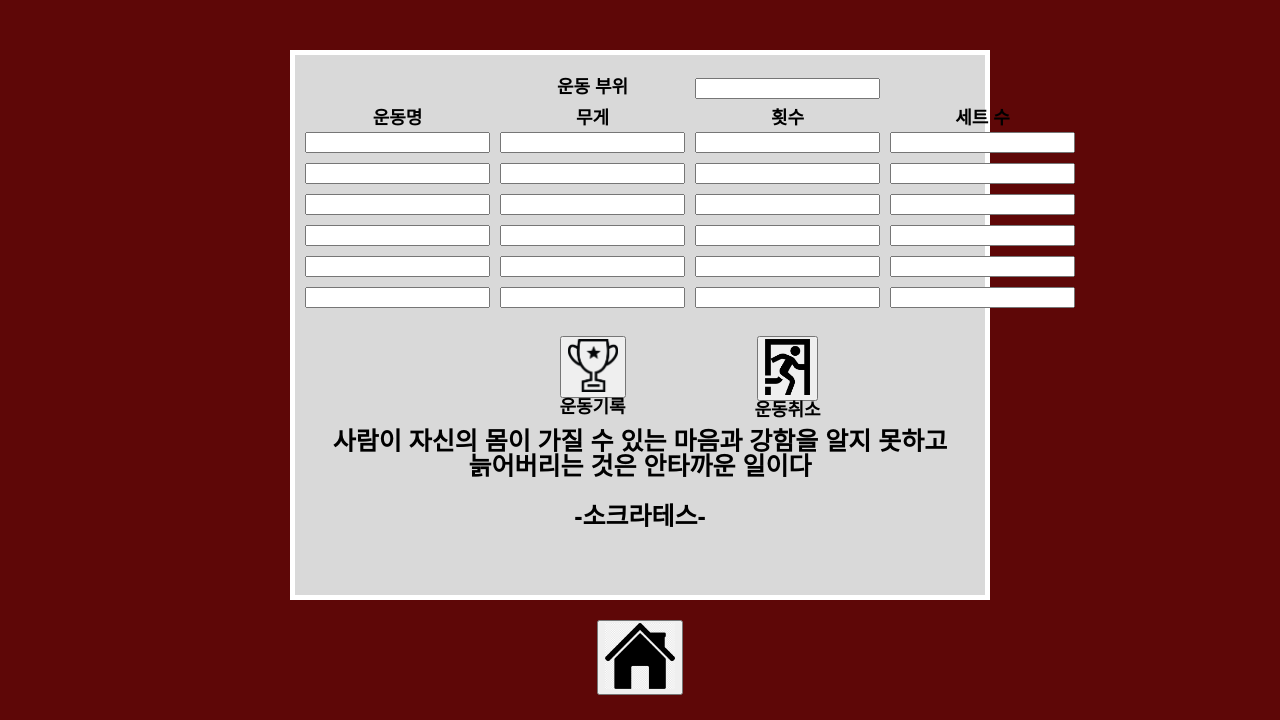
Repository: Up-Min/hrdkorea
Page: http://localhost/jsp_workout/wk_insert.jsp
These files come from the project's save history. The page is drawn as it stood at one moment and after the next save; the edit follows.
The browser window is 1280 px wide. The pictures show the whole page.
The page is served by Tomcat 9. Other server files are loaded and not shown. The template is opened directly, without the code that normally fills it, so the values that code supplies are empty.

Above is the page before, as saved 2022-12-31 06:55:53.
Console error (its wording comes from the project's code and is left out).

### jsp_workout/src/main/webapp/wk_insert.jsp
<%@ page language="java" contentType="text/html; charset=UTF-8"
	pageEncoding="UTF-8"%>
<%@ taglib prefix="c" uri="http://java.sun.com/jsp/jstl/core"%>
<!DOCTYPE html>
<html>
<head>
<meta charset="UTF-8">
<title>Insert title here</title>
<link rel="stylesheet" href="./css/style.css" />
</head>
<style>
.top {
 text-align: center;
}
.workout {
	width: 700px;
	height : 550px;
	text-align: center;
	color: black;
	border: 5px solid white;
	margin: 0 auto;
	margin-top: 50px;
	font-size: 18px;
	background-color: #D9D9D9;
}

.title{
	margin: 3px;
	font-size: 20px;
}

.wk_insert{

}

.day{
	margin: 0 auto;
	text-align: center;
	padding: 5px;
	display: grid;
}

.good{
	font-size: 25px;
	line-height: 25px;
}

.content{
width : 900px;
margin: 0 auto;
}

.btn_tohome{
 text-align: center;
}

.tohome{
	margin: 0 auto;
	margin-top: 20px;
}

.last_btn{
 margin: 0 auto;
 text-align: center;
}

hr{
 border : 0px;
}

li:hover {
	cursor: pointer;
}

td{
	padding: 5px;
}

img:hover {
	cursor: pointer;
}
</style>
<body style = " background-color: #5E0707;">
	<%
	String num = request.getParameter("num");
	%>

	<div class = "content">


	<div class="workout">
		<form class = "wk_insert" name="wk_insert" action="insert">
		<input type="hidden" name="user_id" value="${id}">
		<input type="hidden" name="num" value="${num}">
		<input type="hidden" name="user_pwd" value="${pwd}">
			<div class="day">
				<table>
					<tr>
						<th> </th>
						<th> <br>  </th>
					</tr>
					<tr class = "part">
						<th> </th>
						<th>운동 부위 </th>
						<th>
						<input type="text" name="wk_part" maxlength="20">
						</th>
					</tr>
					<tr>
						<td></td>
					</tr>
					<tr>
						<th>운동명</th>
						<th>무게</th>
						<th>횟수</th>
						<th>세트 수</th>
					</tr>
					<tr>
						<td><input type="text" name="ex_name" maxlength="40"></td>
						<td><input type="text" name="ex_weight" maxlength="20"></td>
						<td><input type="text" name="ex_reps" maxlength="20"></td>
						<td><input type="text" name="ex_sets" maxlength="20"></td>
					</tr>
					<tr>
						<td><input type="text" name="ex_name" maxlength="40"></td>
						<td><input type="text" name="ex_weight" maxlength="20"></td>
						<td><input type="text"  name="ex_reps" maxlength="20"></td>
						<td><input type="text"  name="ex_sets" maxlength="20"></td>
					</tr>
					<tr>
						<td><input type="text" name="ex_name" maxlength="40"></td>
						<td><input type="text" name="ex_weight" maxlength="20"></td>
						<td><input type="text" name="ex_reps" maxlength="20"></td>
						<td><input type="text" name="ex_sets" maxlength="20"></td>
					</tr>
					<tr>
						<td><input type="text" name="ex_name" maxlength="40"></td>
						<td><input type="text" name="ex_weight" maxlength="20"></td>
						<td><input type="text" name="ex_reps" maxlength="20"></td>
						<td><input type="text" name="ex_sets" maxlength="20"></td>
					</tr>
					<tr>
						<td><input type="text" name="ex_name" maxlength="40"></td>
						<td><input type="text" name="ex_weight" maxlength="20"></td>
						<td><input type="text" name="ex_reps" maxlength="20"></td>
						<td><input type="text" name="ex_sets" maxlength="20"></td>
					</tr>
					<tr>
						<td><input type="text" name="ex_name" maxlength="40"></td>
						<td><input type="text" name="ex_weight" maxlength="20"></td>
						<td><input type="text" name="ex_reps" maxlength="20"></td>
						<td><input type="text" name="ex_sets" maxlength="20"></td>
					</tr>
					<tr class = "last_btn">
						<td></td>
						<td>
							<br>
							<button onclick="chk_form(); return false;"> <img alt="성공" src="./img/achievement.png" width="50px">
							<br>
							</button>
							<br>
							<p> 운동기록 </p>
						</td>
						<td>
						<br>
						<button onclick="chk_cancel(${id},${pwd}); return false;"><img alt="나가기" src="./img/exit1.png" width="45px"></button>
						<br>
						<p> 운동취소 </p>
						</td>
						<td></td>

					</tr>

				</table>
			</div>
		</form>
		<div class = "good">
		<p>
			사람이 자신의 몸이 가질 수 있는 마음과 강함을 알지 못하고 <br> 늙어버리는 것은 안타까운 일이다 <br>
			<br>
			<b> -소크라테스- </b>
		</p>
		</div>
	</div>

	<div class="btn_tohome">
	<button class="tohome" onclick="location.href = 'signin?user_id=${id}&user_pwd=${pwd}'"> <img alt="홈으로" src="./img/home.png" width="70px"> </button>
	</div>

	</div>


	<script type="text/javascript" src="./script.js"></script>
</body>

</html>

### jsp_workout/src/main/webapp/css/style.css
@charset "UTF-8";
@import url('./reset.css');

* { box-sizing: border-box; }
.video-background {
  background: #000;
  position: fixed;
  top: 0; right: 0; bottom: 0; left: 0;
  z-index: -99;
}
.video-foreground,
.video-background iframe {
  position: absolute;
  top: 0;
  left: 0;
  width: 100%;
  height: 100%;
  pointer-events: none;
}
#vidtop-content {
    top: 0;
    color: #fff;
}
.vid-info { position: absolute; top: 0; right: 0; width: 33%; background: rgba(0,0,0,0.3); color: #fff; padding: 1rem; font-family: Avenir, Helvetica, sans-serif; }
.vid-info h1 { font-size: 2rem; font-weight: 700; margin-top: 0; line-height: 1.2; }
.vid-info a { display: block; color: #fff; text-decoration: none; background: rgba(0,0,0,0.5); transition: .6s background; border-bottom: none; margin: 1rem auto; text-align: center; }
@media all and (max-width: 600px) {
.vid-info { width: 50%; padding: .5rem; }
.vid-info h1 { margin-bottom: .2rem; }
}
@media all and (max-width: 500px) {
.vid-info .acronym { display: none; }
}

*,:after,:before{box-sizing:border-box}
.clearfix:after,.clearfix:before{content:'';display:table}
.clearfix:after{clear:both;display:block}
a{color:inherit;text-decoration:none}

.tab:hover{
	cursor: pointer;
}

.login-wrap{
  width:100%;
  margin:auto;
  max-width:525px;
  min-height:950px;
  position:relative;
  box-shadow:0 12px 15px 0 rgba(0,0,0,.24),0 17px 50px 0 rgba(0,0,0,.19);
}
.login-html{
  width:100%;
  height:100%;
  position:absolute;
  padding:90px 70px 50px 70px;
  background:rgba(40,57,101,.9);
}
.login-html .sign-in-htm,
.login-html .sign-up-htm{
  top:0;
  left:0;
  right:0;
  bottom:0;
  position:absolute;
  transform:rotateY(180deg);
  backface-visibility:hidden;
  transition:all .4s linear;
}
.login-html .sign-in,
.login-html .sign-up,
.login-form .group .check{
  display:none;
}
.login-html .tab,
.login-form .group .label,
.login-form .group .button{
  text-transform:uppercase;
}
.login-html .tab{
  font-size:22px;
  margin-right:15px;
  padding-bottom:5px;
  margin:0 15px 10px 0;
  display:inline-block;
  border-bottom:2px solid transparent;
}
.login-html .sign-in:checked + .tab,
.login-html .sign-up:checked + .tab{
  color:#fff;
  border-color:#1161ee;
}
.login-form{
  min-height:345px;
  position:relative;
  perspective:1000px;
  transform-style:preserve-3d;
}
.login-form .group{
  margin-bottom:15px;
}
.login-form .group .label,
.login-form .group .input,
.login-form .group .button{
  width:100%;
  color:#fff;
  display:block;
}
.login-form .group .input,
.login-form .group .button{
  border:none;
  padding:15px 20px;
  border-radius:25px;
  background:rgba(255,255,255,.1);
}
.login-form .group .button:hover{
	cursor: pointer;
}

.login-form .group input[data-type="password"]{
  text-security:circle;
  -webkit-text-security:circle;
}
.login-form .group .label{
  color:#aaa;
  font-size:12px;
}
.login-form .group .button{
  background:#1161ee;
}
.login-form .group label .icon{
  width:15px;
  height:15px;
  border-radius:2px;
  position:relative;
  display:inline-block;
  background:rgba(255,255,255,.1);
}
.login-form .group label .icon:before,
.login-form .group label .icon:after{
  content:'';
  width:10px;
  height:2px;
  background:#fff;
  position:absolute;
  transition:all .2s ease-in-out 0s;
}
.login-form .group label .icon:before{
  left:3px;
  width:5px;
  bottom:6px;
  transform:scale(0) rotate(0);
}
.login-form .group label .icon:after{
  top:6px;
  right:0;
  transform:scale(0) rotate(0);
}
.login-form .group .check:checked + label{
  color:#fff;
}
.login-form .group .check:checked + label .icon{
  background:#1161ee;
}
.login-form .group .check:checked + label .icon:before{
  transform:scale(1) rotate(45deg);
}
.login-form .group .check:checked + label .icon:after{
  transform:scale(1) rotate(-45deg);
}
.login-html .sign-in:checked + .tab + .sign-up + .tab + .login-form .sign-in-htm{
  transform:rotate(0);
}
.login-html .sign-up:checked + .tab + .login-form .sign-up-htm{
  transform:rotate(0);
}

body{
  margin:0;
  color:#6a6f8c;
  background:#c8c8c8;
  font:600 16px/18px 'Open Sans',sans-serif;
}

.all{
	top : 100px;
	width: 800px;

}

ul{
	list-style: none;
}

tr:hover{
	cursor: pointer;
}

.hr{
  height:2px;
  margin:60px 0 50px 0;
  background:rgba(255,255,255,.2);
}
.foot-lnk{
  text-align:center;
}

### jsp_workout/src/main/webapp/script.js

function signup() {
	let regex = new RegExp('[a-z0-9]+@[a-z]+\.[a-z]{2,3}');
	var f = document.signup_form;
	var p = f.user_pwd.value;
	var p1 = f.user_pwd1.value;
	var i = f.user_id.value;
	var e = f.user_email.value;

	if (i == '') {
		alert("아이디를 입력해 주십시오.");
		i.focus();
		return false;
	}
	if (p == '') {
		alert("비밀번호를 입력해 주십시오.");
		p.focus();
		return false;
	}
	if (p1 == '') {
		alert("비밀번호 확인을 입력해 주십시오.");
		p1.focus();
		return false;
	}
	if (e == '') {
		alert("이메일 주소를 입력해 주십시오.");
		e.focus();
		return false;
	}

	if (p != p1) {
		alert("비밀번호가 일치하지 않습니다. 다시 확인해주세요.");
		p.focus();
		return false;
	} else if (regex.test(e) == false) {
		alert("올바른 이메일 형식이 아닙니다. 다시 확인해주세요.");
		e.focus();
		return false;
	} else {
		alert("회원가입이 완료 되었습니다.");
		f.submit();
	}
}

/*function pwdchk(){
	var f = document.signup_form;
	var p = f.user_pwd.value;
	var p1 = f.user_pwd1.value;



	if(p != p1){
		alert("비밀번호가 일치하지 않습니다. 다시 확인해주세요.")
	}else if(p = p1){
		alert("비밀번호가 일치합니다!")
	}
}*/

function chkpwd2() {
	var f = document.signup_form;
	var p = f.user_pwd.value;
	var p1 = f.user_pwd1.value;
	var r1 = document.getElementById("label_pwd1");
	var r2 = document.getElementById("label_pwd2");

	r1.style.display = 'none';
	r2.style.display = 'none';

	if (p != p1) {
		r1.style.display = 'none';
		r2.style.display = 'block';
	} else if (p == p1) {
		r1.style.display = 'block';
		r2.style.display = 'none';
	}
}

function chkEmail() {
	let regex = new RegExp('[a-z0-9]+@[a-z]+\.[a-z]{2,3}');
	var f = document.signup_form;
	var e = f.user_email.value;
	var e2 = document.getElementById("label_email");
	var e3 = document.getElementById("label_email1");

	e2.style.display = 'none';
	e3.style.display = 'none';

	if (regex.test(e) == false) {
		e2.style.display = 'block';
	}else if (regex.test(e) == true){
		e2.style.display = 'none';
		e3.style.display = 'block';
	}
}


function insert() {
	alert("운동 기록이 완료 되었습니다.");
	submit();
}

function chk_delete() {
	const result = confirm("정말 삭제하시겠습니까?");
	if (result) {
		alert("삭제가 완료 되었습니다.");
		submit();
	}
	return false;
}

function chk_cancel(user_id, user_pwd) {
	var result = confirm("하시던 운동을 취소하시겠습니까?");
	if (result) {
		alert("초기 화면으로 돌아갑니다.");
		location.href = "/jsp_workout/signin?user_id=" + user_id + "&user_pwd=" + user_pwd;
	} else {
		return false;
	}
}

function update() {
	var f = document.editForm;
	var n = f.ex_name.value;
	var w = f.ex_weight.value;
	var r = f.ex_reps.value;
	var s = f.ex_sets.value;

	if (n == '') {
		alert("수정할 운동 이름을 입력해 주십시오.");
		n.focus();
		return false;
	}
	if (w == '') {
		alert("수정할 운동 무게를 입력해 주십시오.");
		w.focus();
		return false;
	}
	if (r == '') {
		alert("수정할 운동 횟수를 입력해 주십시오.");
		r.focus();
		return false;
	}
	if (s == '') {
		alert("수정할 운동 세트를 입력해 주십시오.");
		s.focus();
		return false;
	}

	alert("수정이 완료 되었습니다.");
	submit();
}


function logout() {
	alert("로그아웃이 완료 되었습니다!");
	location.href = "/jsp_workout/";
}

### jsp_workout/src/main/webapp/css/reset.css
/* 홈페이지 초기화 reset.css */

/* http://meyerweb.com/eric/tools/css/reset/
   v2.0 | 20110126
   License: none (public domain)
*/

html, body, div, span, applet, object, iframe,
h1, h2, h3, h4, h5, h6, p, blockquote, pre,
a, abbr, acronym, address, big, cite, code,
del, dfn, em, img, ins, kbd, q, s, samp,
small, strike, strong, sub, sup, tt, var,
b, u, i, center,
dl, dt, dd, ol, ul, li,
fieldset, form, label, legend,
table, caption, tbody, tfoot, thead, tr, th, td,
article, aside, canvas, details, embed,
figure, figcaption, footer, header, hgroup,
menu, nav, output, ruby, section, summary,
time, mark, audio, video {
	margin: 0;
	padding: 0;
	border: 0;
	font-size: 100%;
	font: inherit;
	vertical-align: baseline;
	font-family: 'Jua', sans-serif;
}
/* HTML5 display-role reset for older browsers */
article, aside, details, figcaption, figure,
footer, header, hgroup, menu, nav, section {
	display: block;
}
body {
	line-height: 1;
}
ol, ul {
	list-style: none;
}
blockquote, q {
	quotes: none;
}
blockquote:before, blockquote:after,
q:before, q:after {
	content: '';
	content: none;
}
table {
	border-collapse: collapse;
	border-spacing: 0;
}

/* 추가 */

a { text-decoration: none !important;
	color: black;
}

header, footer, section {
	box-sizing:border-box;
}

iframe { /* 영상때문에 쓰임. 영상 크기 맞춰둠. */
	width: 100%;
}

After the next save:
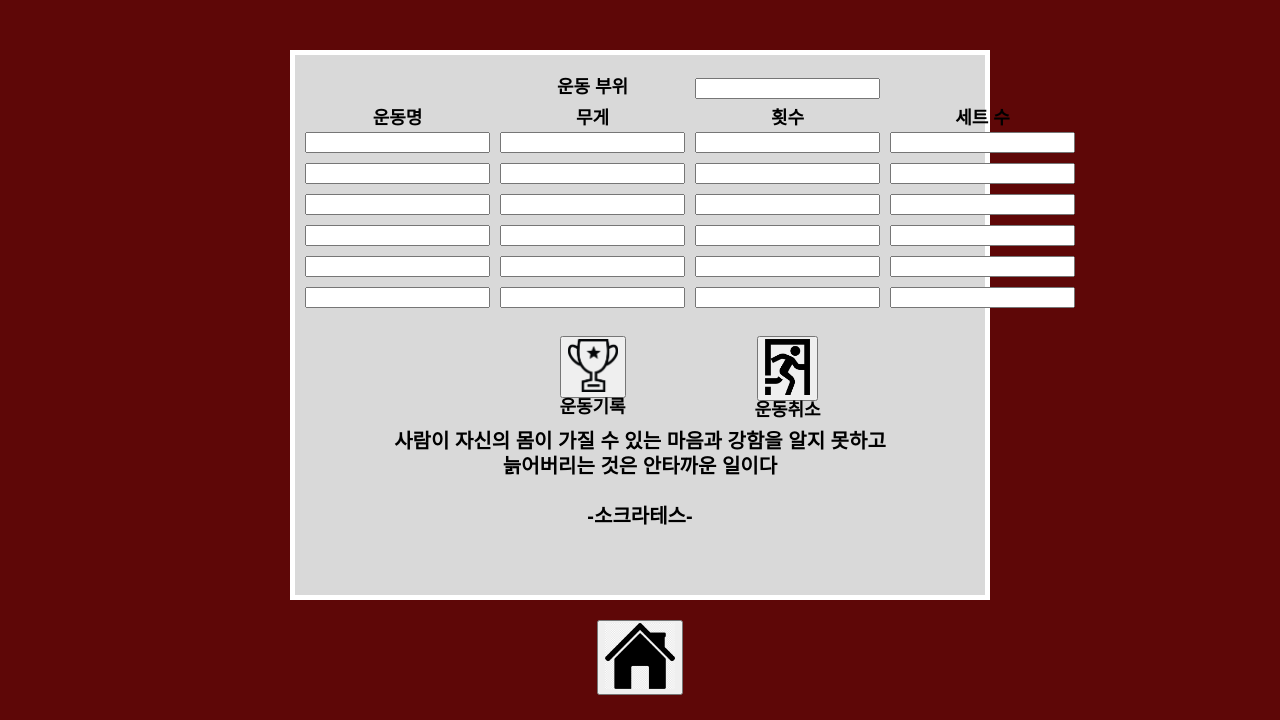
Saved 46 s later.
--- a/jsp_workout/src/main/webapp/wk_insert.jsp
+++ b/jsp_workout/src/main/webapp/wk_insert.jsp
@@ -41,7 +41,7 @@
 }
 
 .good{
-	font-size: 25px;
+	font-size: 20px;
 	line-height: 25px;
 }
 
